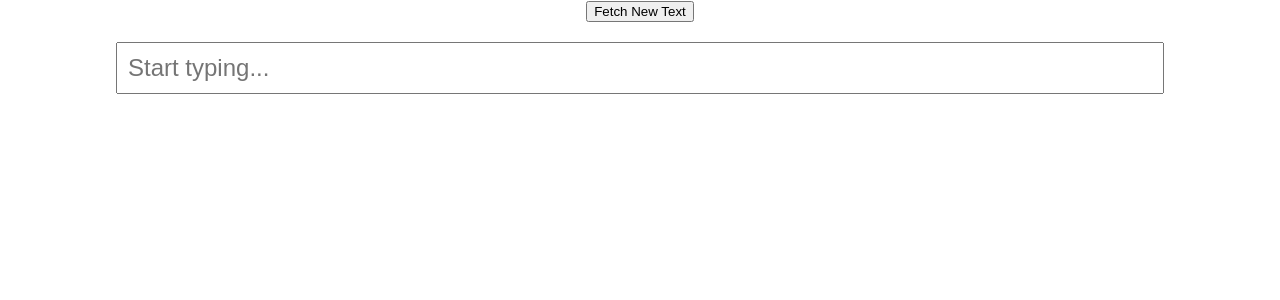
Repository: abhaysharma20233009/swiftKey
Page: / (app in frontend/my-app/)
These files come from the project's save history. The page is drawn as it stood at one moment and after the next save; the edit follows.
The browser window is 1280 px wide. The pictures show the whole page.
The page's requests for data from a server got no answer. The project was rebuilt for these pictures with package versions that can differ from the ones it lists, and the page was loaded fresh each time. No one was signed in, and anything a server would have sent is missing. Also part of the build but not shown: frontend/my-app/src/App.css.

Above is the page before, as saved 2024-10-09 17:34:43.

After the next save:
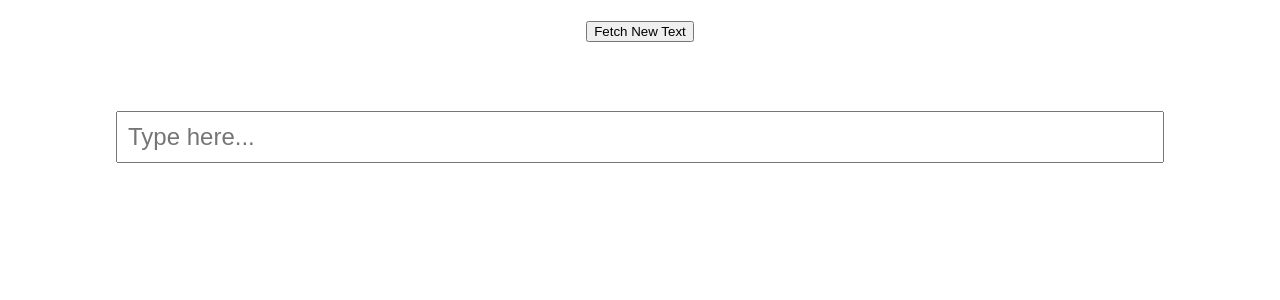
Saved 87 s later.
--- a/frontend/my-app/src/App.js
+++ b/frontend/my-app/src/App.js
@@ -1,30 +1,57 @@
-import React, { useState } from 'react';
+import React, { useState, useEffect } from 'react';
 import './App.css';
 
 function App() {
     const [message, setMessage] = useState('');
     const [inputValue, setInputValue] = useState('');
+    const [currentWordIndex, setCurrentWordIndex] = useState(0);
 
     const fetchMessages = async () => {
         try {
             const response = await fetch('http://localhost:7000/random-paragraph');
             const data = await response.json();
             setMessage(data); // Assume data is a string paragraph
-            setInputValue(''); // Clear the input field when fetching new text
+            setInputValue(''); // Clear the input field
+            setCurrentWordIndex(0); // Reset the current word index
         } catch (error) {
             console.error('Error fetching messages:', error);
         }
     };
 
+    useEffect(() => {
+        fetchMessages();
+    }, []);
+
     const handleInputChange = (e) => {
-        setInputValue(e.target.value);
+        const value = e.target.value;
+        setInputValue(value);
+
+        // Check if the typed word matches the current word
+        const words = message.split(' ');
+        if (value.trim() === words[currentWordIndex]) {
+            setCurrentWordIndex((prevIndex) => prevIndex + 1);
+            setInputValue(''); // Clear the input field
+        }
     };
 
+    const words = message.split(' ');
+
     return (
-        <div style={{ textAlign: 'center' }}>
+        <div style={{ textAlign: 'center', marginTop: '20px' }}>
             <button onClick={fetchMessages}>Fetch New Text</button>
             <div style={{ fontSize: '24px', margin: '20px 0' }}>
-                {message}
+                {words.map((word, index) => (
+                    <span
+                        key={index}
+                        style={{
+                            padding: '0 5px',
+                            color: index === currentWordIndex ? 'blue' : 'black',
+                            textDecoration: index < currentWordIndex ? 'line-through' : 'none',
+                        }}
+                    >
+                        {word}
+                    </span>
+                ))}
             </div>
             <input
                 type="text"
@@ -35,7 +62,7 @@ function App() {
                     width: '80%',
                     padding: '10px',
                 }}
-                placeholder="Start typing..."
+                placeholder="Type here..."
             />
         </div>
     );
